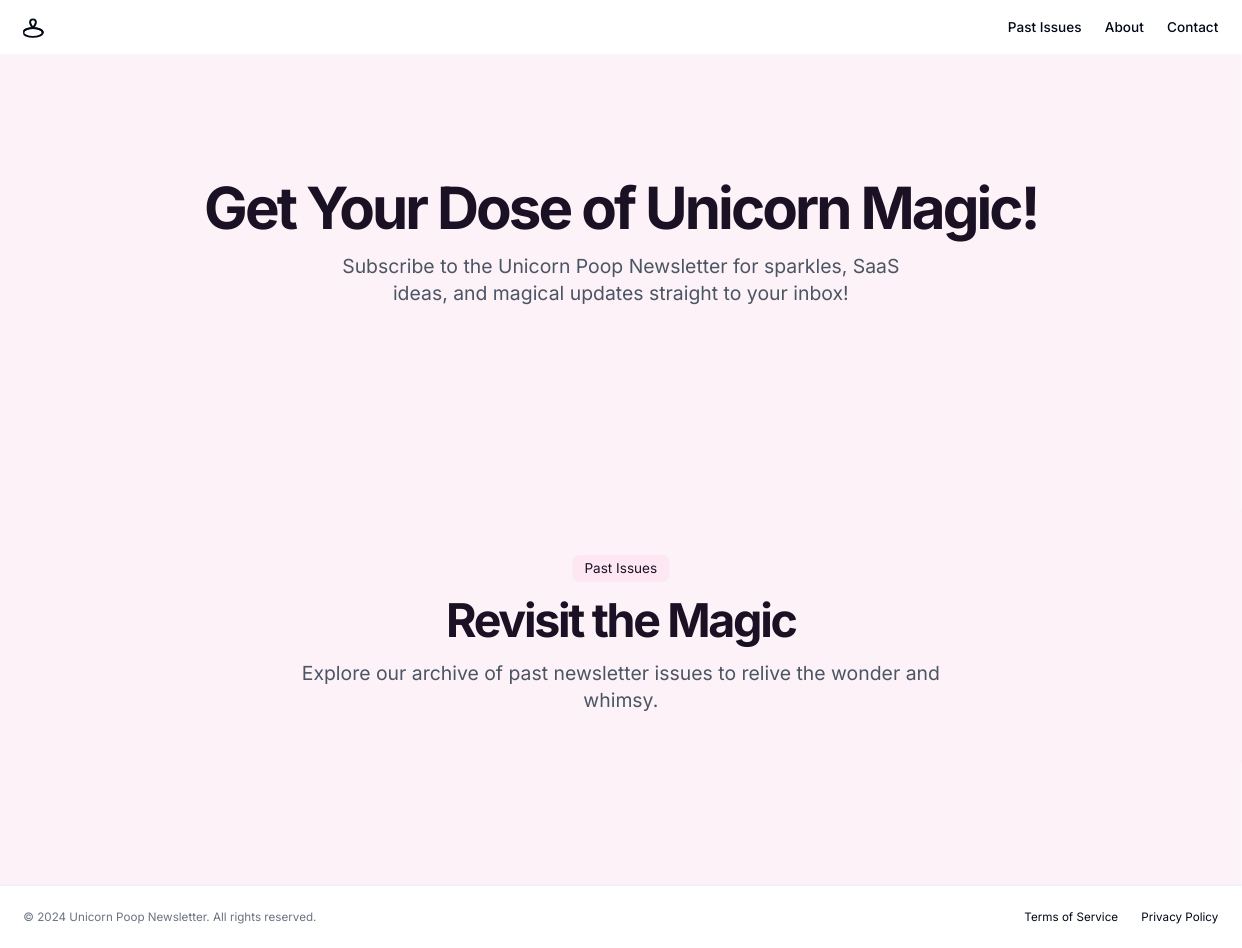
Repository: djdjdallas/unicorn-poop-newsletter
Page: /
The author's editor kept a copy of each file at every save. The page is drawn from the files as they stood at one save, then again after the next save.
The browser window is 1280 px wide. The pictures show the whole page, at 97% of full size.
The page's requests for data from a server got no answer. The project was rebuilt for these pictures with package versions that can differ from the ones it lists, and the page was loaded fresh each time. The framework's server and built-in components were replaced by stand-ins that run in the browser. No one was signed in, and anything a server would have sent is missing. Also part of the build but not shown: next.config.mjs, src/lib/utils.js, src/components/ui/input.jsx, src/components/ui/button.jsx, src/components/ui/card.jsx.

Above is the page before, as saved 2024-08-10 10:56:56.

After the next save:
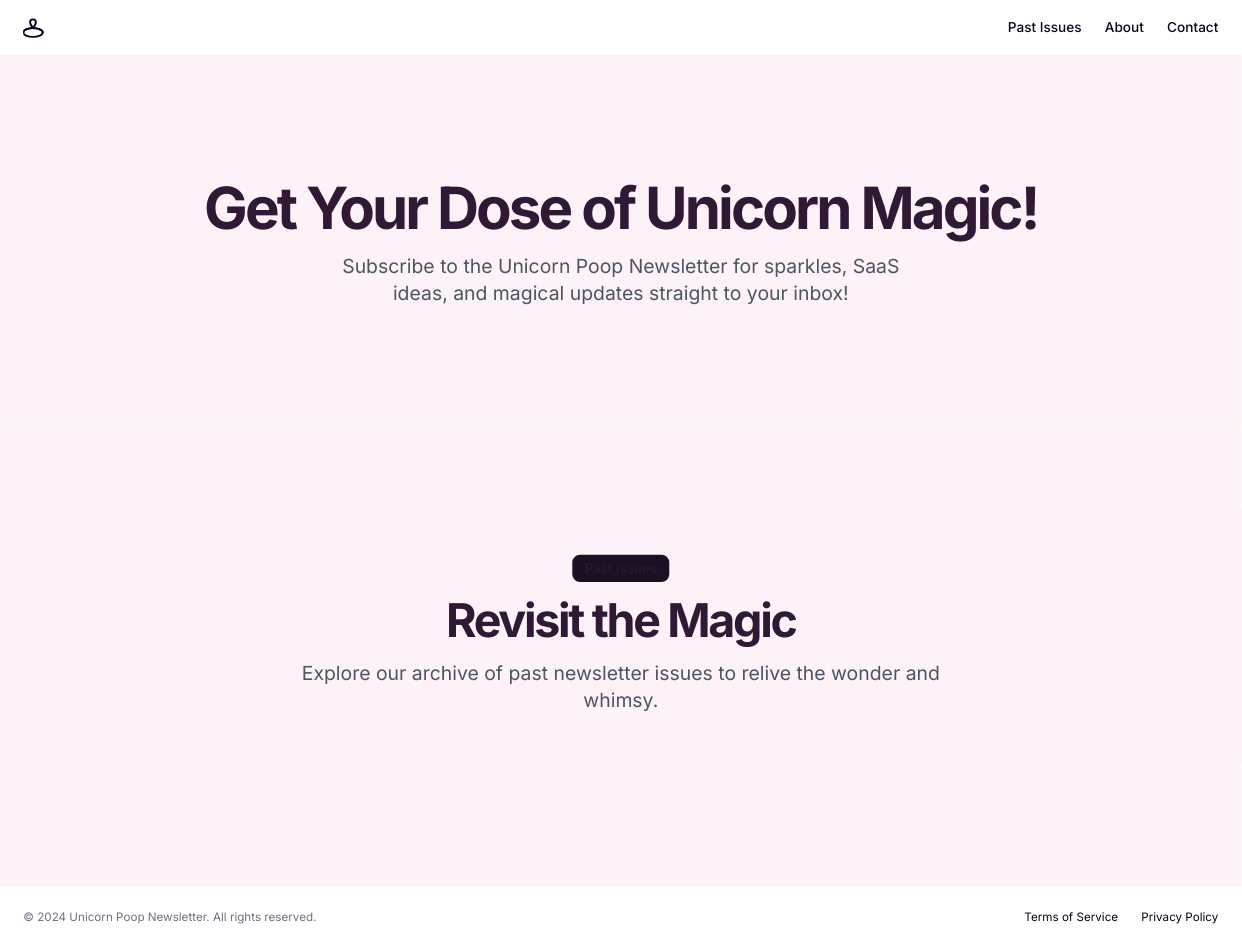
Saved 28 s later.
--- a/src/app/page.js
+++ b/src/app/page.js
@@ -86,7 +86,7 @@ export default async function Home() {
         <section className="w-full py-12 md:py-24 lg:py-32 bg-pink-50">
           <div className="container px-4 md:px-6 space-y-8 lg:space-y-12">
             <div className="flex flex-col items-center justify-center text-center space-y-4">
-              <h1 className="text-3xl font-bold tracking-tighter sm:text-4xl md:text-5xl lg:text-6xl text-[#1b1124]">
+              <h1 className="text-3xl font-bold tracking-tighter sm:text-4xl md:text-5xl lg:text-6xl text-[#301934]">
                 Get Your Dose of Unicorn Magic!
               </h1>
               <p className="max-w-[600px] text-gray-600 md:text-xl">
@@ -102,10 +102,10 @@ export default async function Home() {
           <section className="w-full py-12 md:py-24 lg:py-32">
             <div className="container px-4 md:px-6 space-y-8 lg:space-y-12">
               <div className="flex flex-col items-center justify-center text-center space-y-4">
-                <div className="inline-block rounded-lg bg-pink-100 px-3 py-1 text-sm text-[#1b1124]">
+                <div className="inline-block rounded-lg bg-[#1b1124] px-3 py-1 text-sm text-[#301934]">
                   Latest Issue
                 </div>
-                <h2 className="text-3xl font-bold tracking-tighter sm:text-4xl md:text-5xl text-[#1b1124]">
+                <h2 className="text-3xl font-bold tracking-tighter sm:text-4xl md:text-5xl text-[#301934]">
                   {issues[0].title}
                 </h2>
                 <p className="max-w-[700px] text-gray-600 md:text-xl">
@@ -115,7 +115,7 @@ export default async function Home() {
               <div className="text-center">
                 <Link
                   href={`/issues/${issues[0].slug}`}
-                  className="inline-block bg-[#1b1124] text-white px-6 py-3 rounded-lg hover:bg-pink-700 transition-colors"
+                  className="inline-block bg-[#301934] text-white px-6 py-3 rounded-lg hover:bg-pink-700 transition-colors"
                 >
                   Read Latest Issue
                 </Link>
@@ -130,10 +130,10 @@ export default async function Home() {
         >
           <div className="container px-4 md:px-6 space-y-8 lg:space-y-12">
             <div className="flex flex-col items-center justify-center text-center space-y-4">
-              <div className="inline-block rounded-lg bg-pink-100 px-3 py-1 text-sm text-[#1b1124]">
+              <div className="inline-block rounded-lg bg-[#1b1124] px-3 py-1 text-sm text-[#301934]">
                 Past Issues
               </div>
-              <h2 className="text-3xl font-bold tracking-tighter sm:text-4xl md:text-5xl text-[#1b1124]">
+              <h2 className="text-3xl font-bold tracking-tighter sm:text-4xl md:text-5xl text-[#301934]">
                 Revisit the Magic
               </h2>
               <p className="max-w-[700px] text-gray-600 md:text-xl">
@@ -158,7 +158,7 @@ export default async function Home() {
                     <CardFooter>
                       <Link
                         href={`/issues/${issue.slug}`}
-                        className="text-[#1b1124] hover:underline"
+                        className="text-[#301934] hover:underline"
                       >
                         Read Issue
                       </Link>
